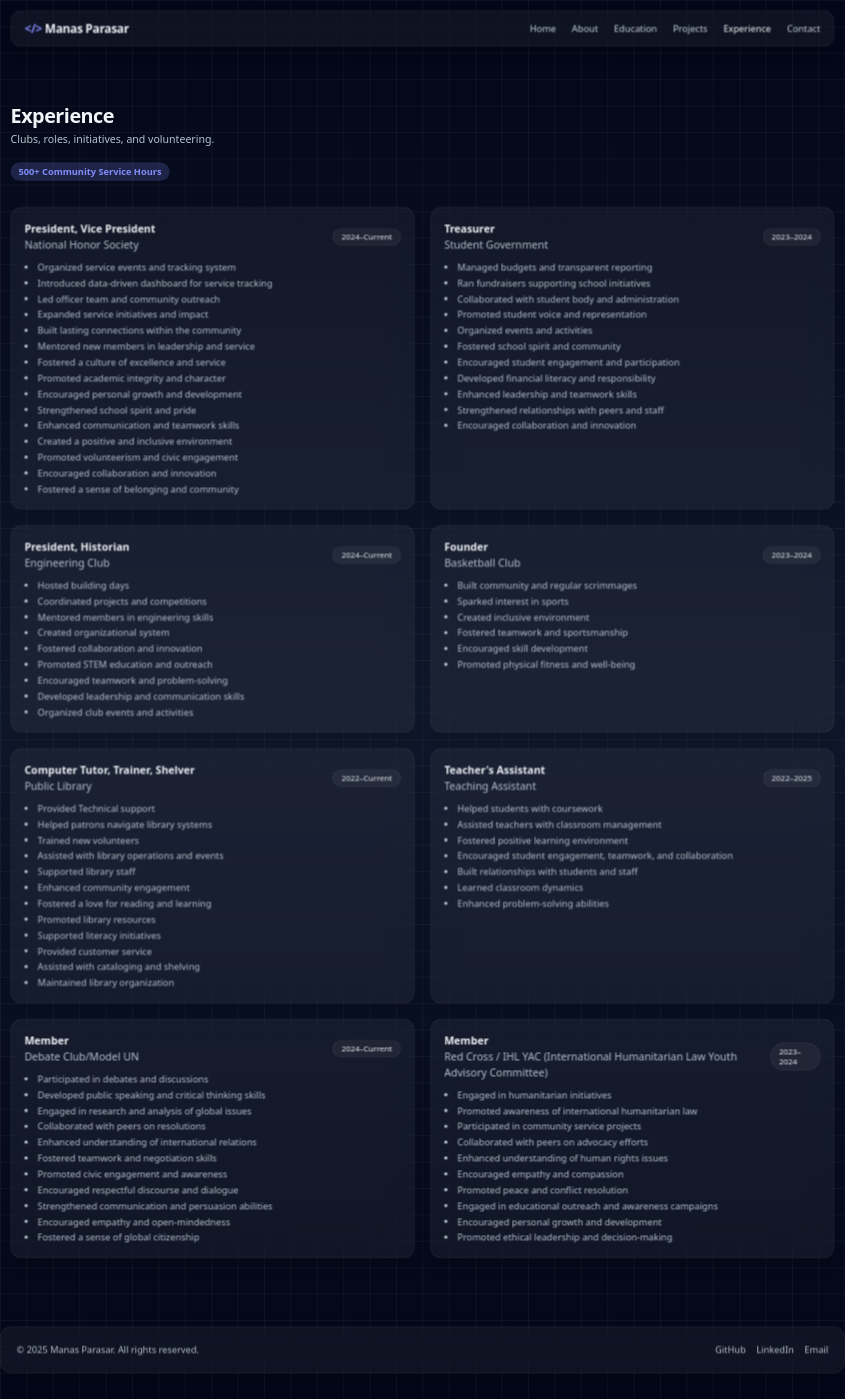
Repository: Manas-Parasar/portfolio-manas-parasar
Page: /experience
The author's editor kept a copy of each file at every save. The page is drawn from the files as they stood at one save, then again after the next save.
The browser window is 1280 px wide. The pictures show the whole page, at 66% of full size.
The project was rebuilt for these pictures with package versions that can differ from the ones it lists, and the page was loaded fresh each time. Also part of the build but not shown: vite.config.js, src/components/Hero.jsx, src/components/ProjectCard.jsx, src/pages/Home.jsx, src/pages/About.jsx, src/pages/Projects.jsx, src/pages/Contact.jsx.

Above is the page before, as saved 2025-08-21 15:07:39.

After the next save:
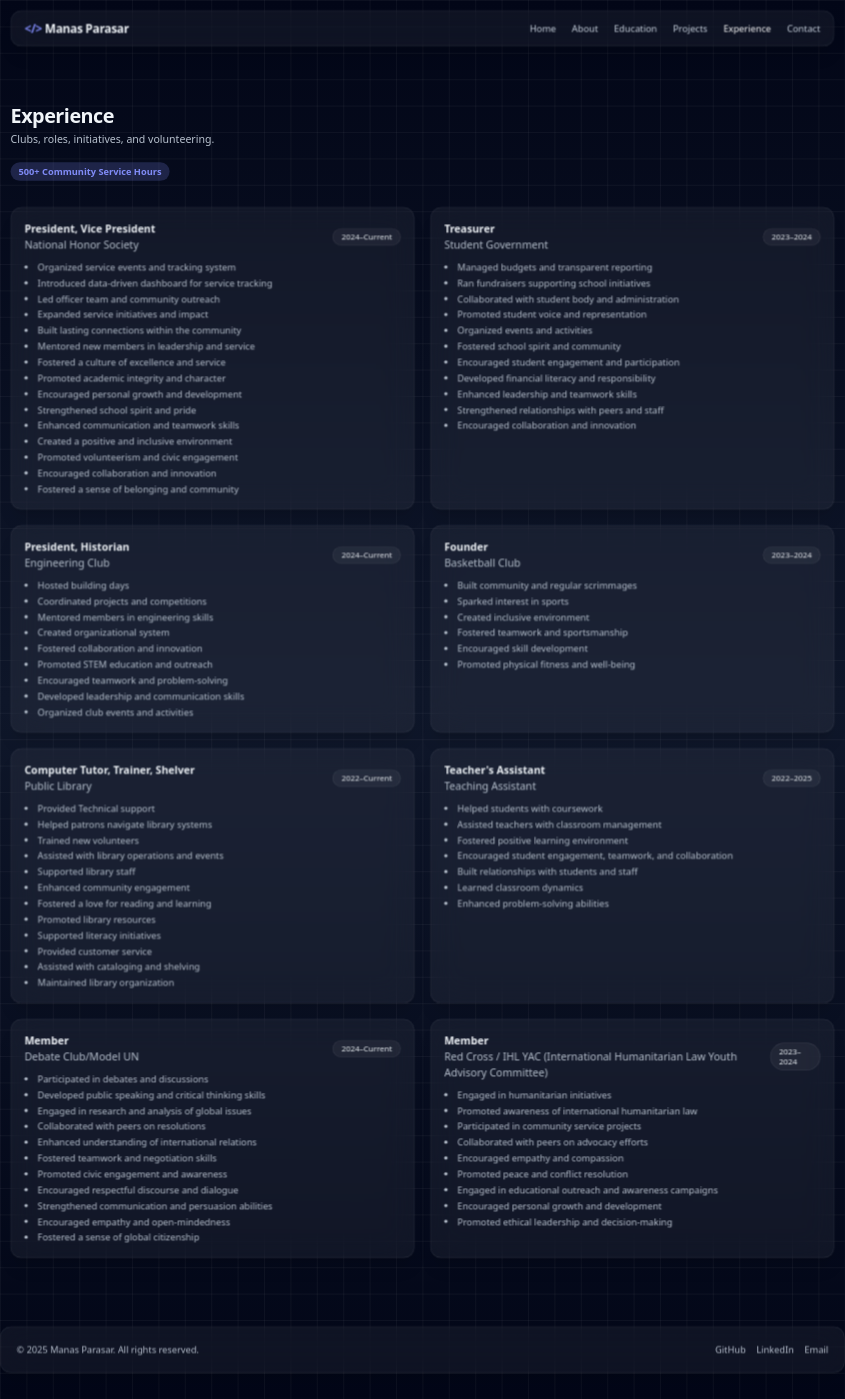
Saved 100 min 27 s later.
--- a/src/pages/Experience.jsx
+++ b/src/pages/Experience.jsx
@@ -143,7 +143,6 @@ export default function Experience() {
               "Promoted awareness of international humanitarian law",
               "Participated in community service projects",
               "Collaborated with peers on advocacy efforts",
-              "Enhanced understanding of human rights issues",
               "Encouraged empathy and compassion",
               "Promoted peace and conflict resolution",
               "Engaged in educational outreach and awareness campaigns",
